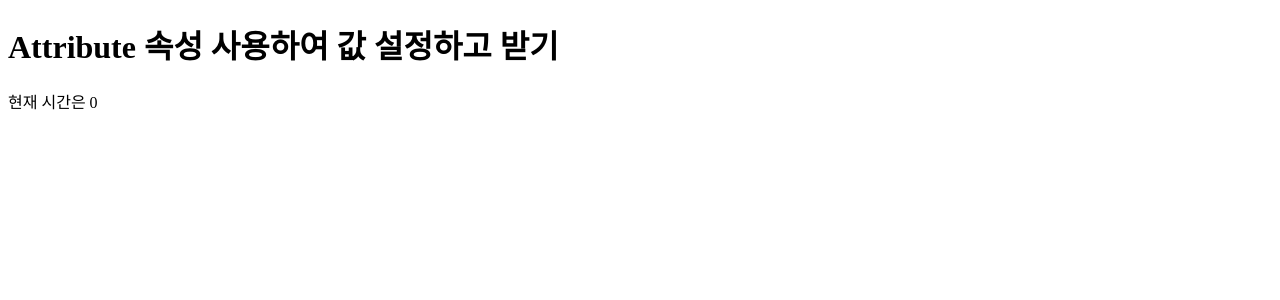
Repository: zhyuk/FullStackStudy
Page: http://localhost/jsptwo/10_02_makeTime.jsp
These files come from the project's save history. The page is drawn as it stood at one moment and after a run of saves; the edit follows.
The browser window is 1280 px wide. The pictures show the whole page.
The page is served by Tomcat 9. Other server files are loaded and not shown.

Above is the page before, as saved 2024-08-28 07:20:08.

### jsp/jspwork/jsptwo/src/main/webapp/10_02_makeTime.jsp
<%@ page language="java" contentType="text/html; charset=UTF-8"
	pageEncoding="UTF-8"%>
<%@ page import="java.util.Calendar, java.net.URLEncoder"%>
<%
	Calendar cal = Calendar.getInstance();
	request.setAttribute("time", cal);
	String path = "10_02_viewTime.jsp?time=" + URLEncoder.encode("시간", "UTF-8");
%>
<jsp:forward page="<%=path%>" />

### jsp/jspwork/jsptwo/src/main/webapp/10_02_viewTime.jsp
<%@ page language="java" contentType="text/html; charset=UTF-8"
    pageEncoding="UTF-8"%>
<%@ page import="java.util.Calendar"%>
<!DOCTYPE html>
<html>
<head>
<meta charset="UTF-8">
<title>Insert title here</title>
</head>
<body>
	<h1>Attribute 속성 사용하여 값 설정하고 받기</h1>
	<% Calendar cal = (Calendar) request.getAttribute("time"); %>
	현재 시간은 <%= cal.get(Calendar.HOUR_OF_DAY) > 9 ? cal.get(Calendar.HOUR_OF_DAY) : "0" %>
</body>
</html>

After the next 4 saves:
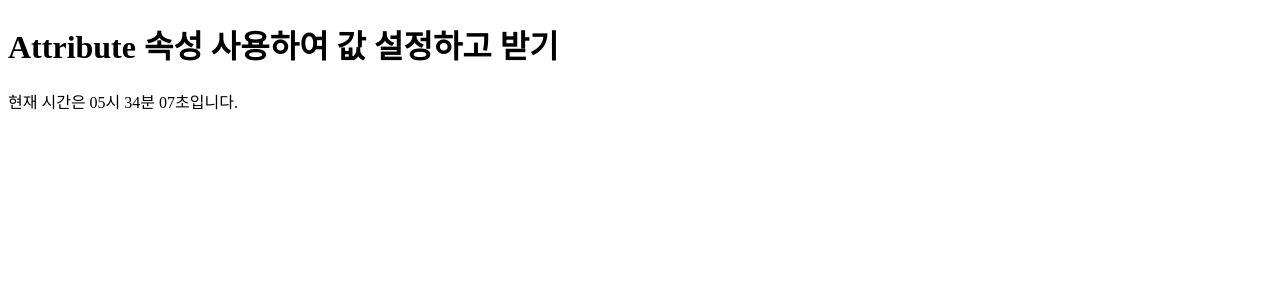
The 4 saves are shown as one change because they came seconds apart.
The last was saved 11 min 44 s later.
--- a/jsp/jspwork/jsptwo/src/main/webapp/10_02_viewTime.jsp
+++ b/jsp/jspwork/jsptwo/src/main/webapp/10_02_viewTime.jsp
@@ -10,6 +10,8 @@
 <body>
 	<h1>Attribute 속성 사용하여 값 설정하고 받기</h1>
 	<% Calendar cal = (Calendar) request.getAttribute("time"); %>
-	현재 시간은 <%= cal.get(Calendar.HOUR_OF_DAY) > 9 ? cal.get(Calendar.HOUR_OF_DAY) : "0" %>
+	현재 시간은 <%= cal.get(Calendar.HOUR_OF_DAY) > 9 ? cal.get(Calendar.HOUR_OF_DAY) : "0" + cal.get(Calendar.HOUR_OF_DAY) %>시
+	<%= cal.get(Calendar.MINUTE) > 9 ? cal.get(Calendar.MINUTE) : "0" + cal.get(Calendar.MINUTE) %>분
+	<%= cal.get(Calendar.SECOND) > 9 ? cal.get(Calendar.SECOND) : "0" + cal.get(Calendar.SECOND) %>초입니다.
 </body>
 </html>
